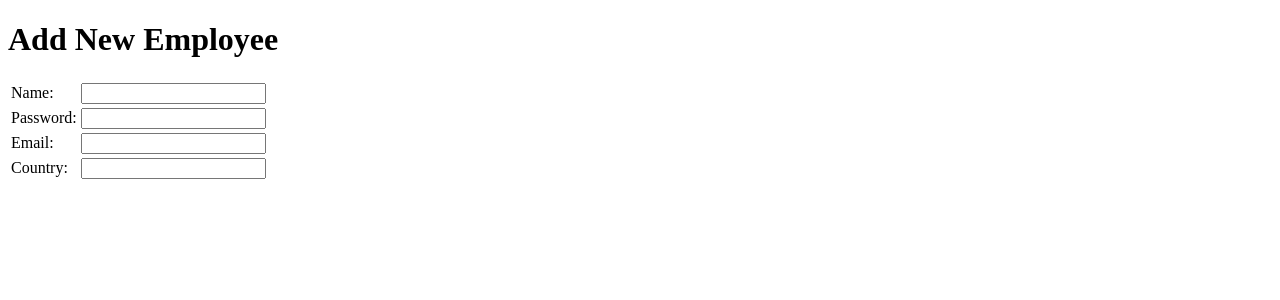
Repository: Kamleshmaury/CoreJava
Page: Crud_App/src/main/webapp/index.html
An editor plug-in stored every save of this project. The page is shown before and after the next save, followed by the edit.
The browser window is 1280 px wide. The pictures show the whole page.

Above is the page before, as saved 2022-10-18 05:34:58.

After the next save:
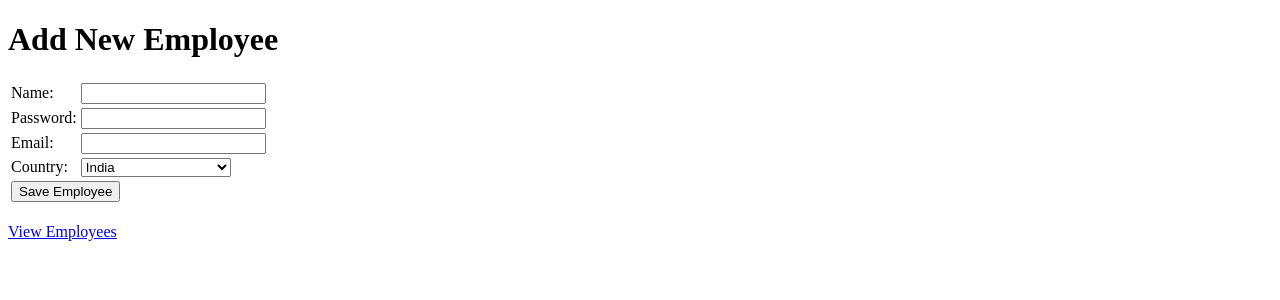
Saved 3 min 32 s later.
--- a/Crud_App/src/main/webapp/index.html
+++ b/Crud_App/src/main/webapp/index.html
@@ -9,11 +9,21 @@
 	<form action="SaveServlet" method="post">
 		<table>
 			<tr><td>Name:</td><td><input type="text" name="name"/></td></tr>
-			<tr><td>Password:</td><td><input type="text" name="name"/></td></tr>
-			<tr><td>Email:</td><td><input type="text" name="name"/></td></tr>
-			<tr><td>Country:</td><td><input type="text" name="name"/></td></tr>
+			<tr><td>Password:</td><td><input type="password" name="password"/></td></tr>
+			<tr><td>Email:</td><td><input type="email" name="email"/></td></tr>
+			<tr><td>Country:</td><td>
+			<select name="country" style="width:150px">
+				<option>India</option>
+				<option>USA</option>
+				<option>China</option>
+				<option>Other</option>
+			</select>
+			</td></tr>
+			<tr><td colspan="2"><input type="submit" value="Save Employee"/></td></tr>
 		</table>
+	</form>
 
-	</form>
+	<br/>
+	<a href="ViewServlet">View Employees</a>
 </body>
 </html>
